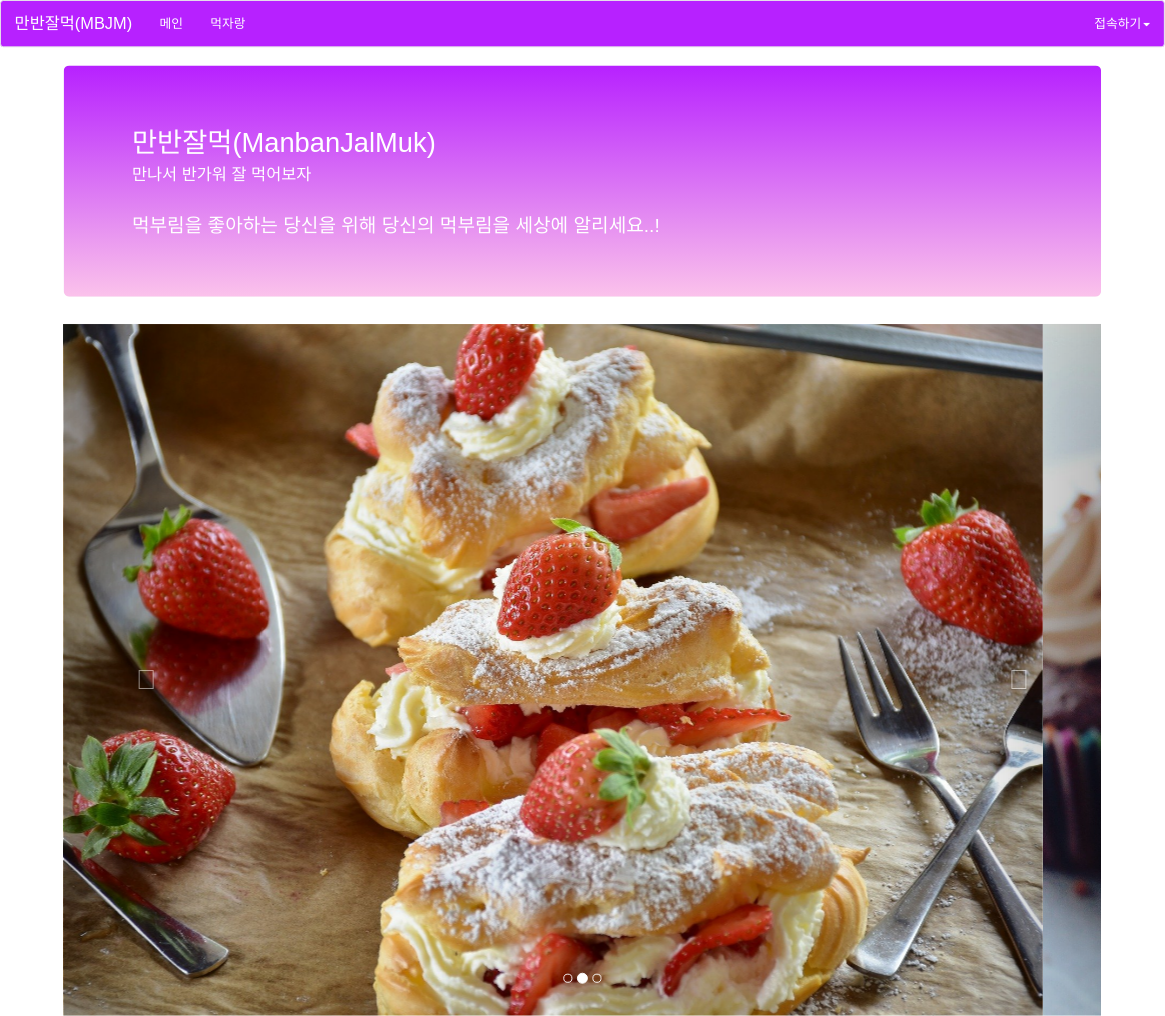
Repository: gimyoni/ManBanJalMuk
Page: http://localhost/text/main.jsp
The author's editor kept a copy of each file at every save. The page is drawn from the files as they stood at one save, then again after the next save.
The browser window is 1280 px wide. The pictures show the whole page, at 91% of full size.
Some web fonts or font styles are not loaded; a fallback is used. Some web libraries are served in a nearby version. The page is served by Tomcat 9.

Above is the page before, as saved 2021-05-07 03:04:54.

After the next save:
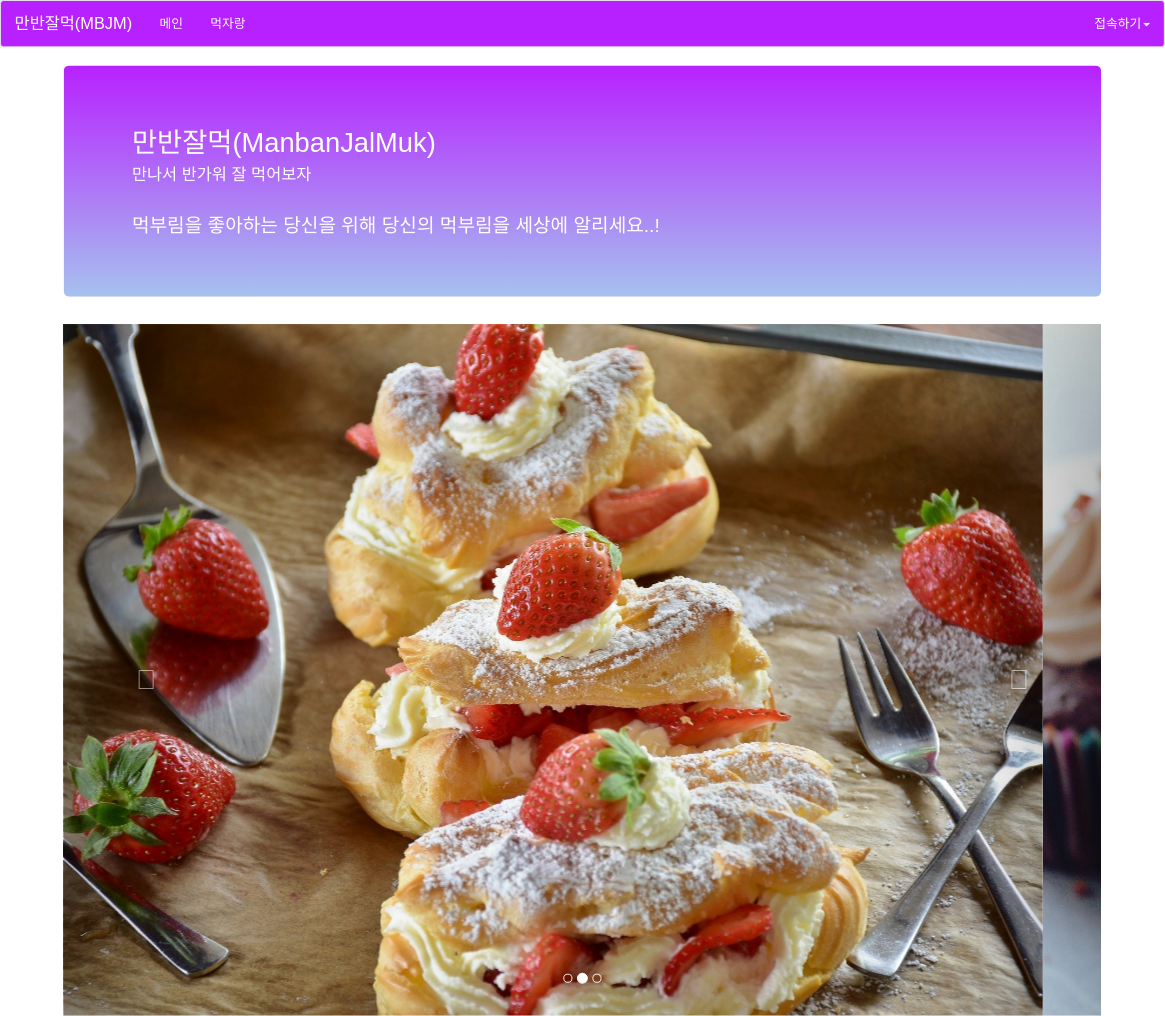
Saved 18 s later.
--- a/text/WebContent/css/custom.css
+++ b/text/WebContent/css/custom.css
@@ -9,7 +9,7 @@ h1{
 }
 .jumbotron{
 	color:white;
-	background-image: linear-gradient(to top,  #fbc2eb 0%, #b721ff 100%);
+	background-image: linear-gradient(to top,  #a6c1ee  0%, #b721ff 100%);
 }
 .navbar-default{
 	background-color:#b721ff;
